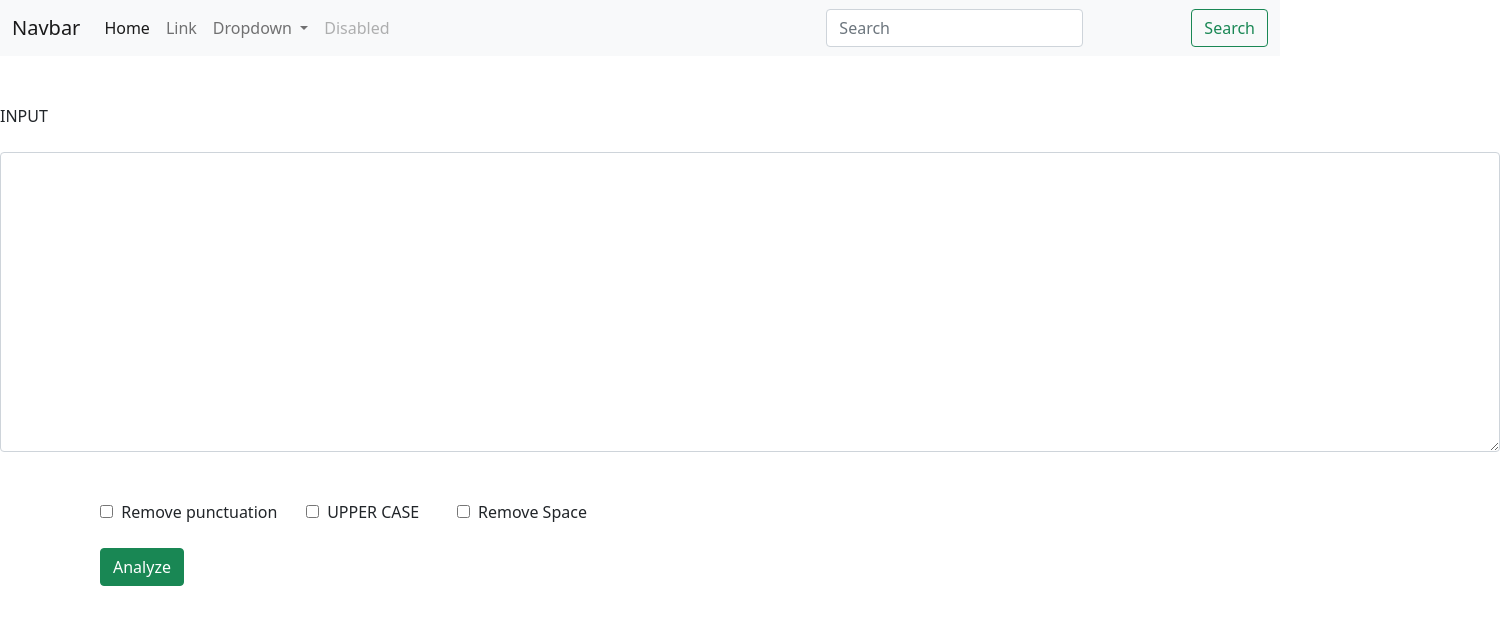
Repository: thenameisshreyank/Textutility
Page: http://localhost/
An editor plug-in stored every save of this project. The page is shown before and after the next save, followed by the edit.
The browser window is 1280 px wide. The page is 1500 px wide, then 1280 px, so the pictures cover 1500 px, including what lies to the right of the window. The pictures show the whole page.
The page is served by the project's application, run on Django 4.2 (manage.py). Other server files are loaded and not shown.

Above is the page before, as saved 2022-04-15 09:12:38.

### templates/index.html
<!DOCTYPE html>
<html lang="en">
<head>
    <meta charset="UTF-8">
    <meta http-equiv="X-UA-Compatible" content="IE=edge">
    <meta name="viewport" content="width=device-width, initial-scale=1.0">
    <!-- CSS only -->
<link href="https://cdn.jsdelivr.net/npm/bootstrap@5.1.3/dist/css/bootstrap.min.css" rel="stylesheet" integrity="sha384-1BmE4kWBq78iYhFldvKuhfTAU6auU8tT94WrHftjDbrCEXSU1oBoqyl2QvZ6jIW3" crossorigin="anonymous">
    <title>Document</title>
    <style>
      #text{
        margin-left: 100px;
        width: 80%;
        margin-right:100px;
      }
      #rf{
        margin-left: 100px;


      }
      button{
        margin-left: 100px;
      }
      textarea {
  width: 200px;
  height: 300px;
}

    </style>
</head>
<body>
    <nav class="navbar navbar-expand-lg navbar-light bg-light">
        <div class="container-fluid">
          <a class="navbar-brand" href="https://getbootstrap.com/">Navbar</a>
          <button class="navbar-toggler" type="button" data-bs-toggle="collapse" data-bs-target="#navbarSupportedContent" aria-controls="navbarSupportedContent" aria-expanded="false" aria-label="Toggle navigation">
            <span class="navbar-toggler-icon"></span>
          </button>
          <div class="collapse navbar-collapse" id="navbarSupportedContent">
            <ul class="navbar-nav me-auto mb-2 mb-lg-0">
              <li class="nav-item">
                <a class="nav-link active" aria-current="page" href="#">Home</a>
              </li>
              <li class="nav-item">
                <a class="nav-link" href="#">Link</a>
              </li>
              <li class="nav-item dropdown">
                <a class="nav-link dropdown-toggle" href="#" id="navbarDropdown" role="button" data-bs-toggle="dropdown" aria-expanded="false">
                  Dropdown
                </a>
                <ul class="dropdown-menu" aria-labelledby="navbarDropdown">
                  <li><a class="dropdown-item" href="#">Action</a></li>
                  <li><a class="dropdown-item" href="#">Another action</a></li>
                  <li><hr class="dropdown-divider"></li>
                  <li><a class="dropdown-item" href="#">Something else here</a></li>
                </ul>
              </li>
              <li class="nav-item">
                <a class="nav-link disabled">Disabled</a>
              </li>
            </ul>
            <form class="d-flex">
              <input class="form-control me-2" type="search" placeholder="Search" aria-label="Search">
              <button class="btn btn-outline-success" type="submit">Search</button>
            </form>
          </div>
        </div>
      </nav><br><br>
      <form action="analyze" method="get">
        <div class="form-group">
          <label for="exampleFormControlTextarea1">INPUT</label><br><br>
          <textarea class="form-control" id="textarea" rows="10" style="width:1500px"></textarea>
        </div><br><br>
        <input type="checkbox" id="rf" name="rf" value="true">&nbsp;&nbsp;Remove punctuation&nbsp;&nbsp;&emsp;
        <input type="checkbox" id="upper" name="upper" value="true">&nbsp;&nbsp;UPPER CASE&nbsp;&nbsp;&nbsp;&nbsp;&nbsp;&nbsp;&nbsp;&nbsp;
        <input type="checkbox" id="space" name="space" value="true">&nbsp;&nbsp;Remove Space&nbsp;&nbsp;
        <br><br><button type="submit" class="btn btn-success" id="analyze">Analyze</button>
      </form>
</body>
</html>

### c1/views.py

from django.http import HttpResponse
from django.shortcuts import render

from django.http import HttpResponse
# Create your views here.

def nav(request):
    return render(request,"index.html")

def analyze(request):
    rawtext=request.GET.get('text')
    pun=request.GET.get('rf')
    uc=request.GET.get('upper')
    space=request.GET.get('space')
    answer=""
    ans1=""
    if pun=='true':
        punctuation='''!@#$%^&*()_;+<>?/~`'''
        for x in rawtext:
            if x not in punctuation:
             answer=answer+x
    else:
        answer=rawtext
    if uc=="true":
        # for ch in rawtext:
        answer=answer.upper()

    if space=="true":
        for ch in answer:
            if ch==" ":
                pass
            else:
                ans1=ans1+ch
        answer=ans1
    return render(request,'analyze.html',{'ans':answer})

### c/urls.py
"""c URL Configuration

The `urlpatterns` list routes URLs to views. For more information please see:
    https://docs.djangoproject.com/en/4.0/topics/http/urls/
Examples:
Function views
    1. Add an import:  from my_app import views
    2. Add a URL to urlpatterns:  path('', views.home, name='home')
Class-based views
    1. Add an import:  from other_app.views import Home
    2. Add a URL to urlpatterns:  path('', Home.as_view(), name='home')
Including another URLconf
    1. Import the include() function: from django.urls import include, path
    2. Add a URL to urlpatterns:  path('blog/', include('blog.urls'))
"""

from django.contrib import admin
from django.urls import include, path

urlpatterns = [
    path('admin/', admin.site.urls),
    path('',include('c1.urls')),
]

### c1/urls.py




from . import views
from django.urls import path


urlpatterns=[
    path('',views.nav),
    path('analyze/',views.analyze),
]

After the next save:
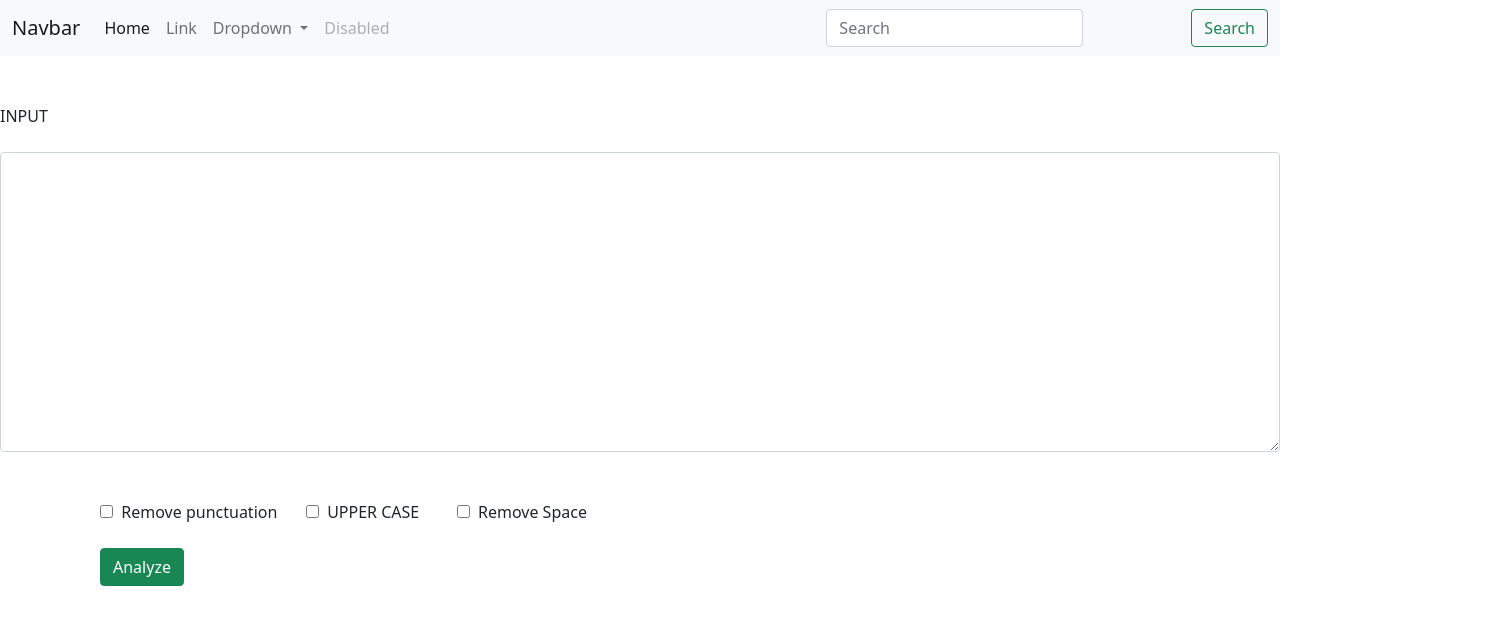
Saved 12 s later.
--- a/templates/index.html
+++ b/templates/index.html
@@ -68,7 +68,7 @@
       <form action="analyze" method="get">
         <div class="form-group">
           <label for="exampleFormControlTextarea1">INPUT</label><br><br>
-          <textarea class="form-control" id="textarea" rows="10" style="width:1500px"></textarea>
+          <textarea class="form-control" id="textarea" rows="10"></textarea>
         </div><br><br>
         <input type="checkbox" id="rf" name="rf" value="true">&nbsp;&nbsp;Remove punctuation&nbsp;&nbsp;&emsp;
         <input type="checkbox" id="upper" name="upper" value="true">&nbsp;&nbsp;UPPER CASE&nbsp;&nbsp;&nbsp;&nbsp;&nbsp;&nbsp;&nbsp;&nbsp;
